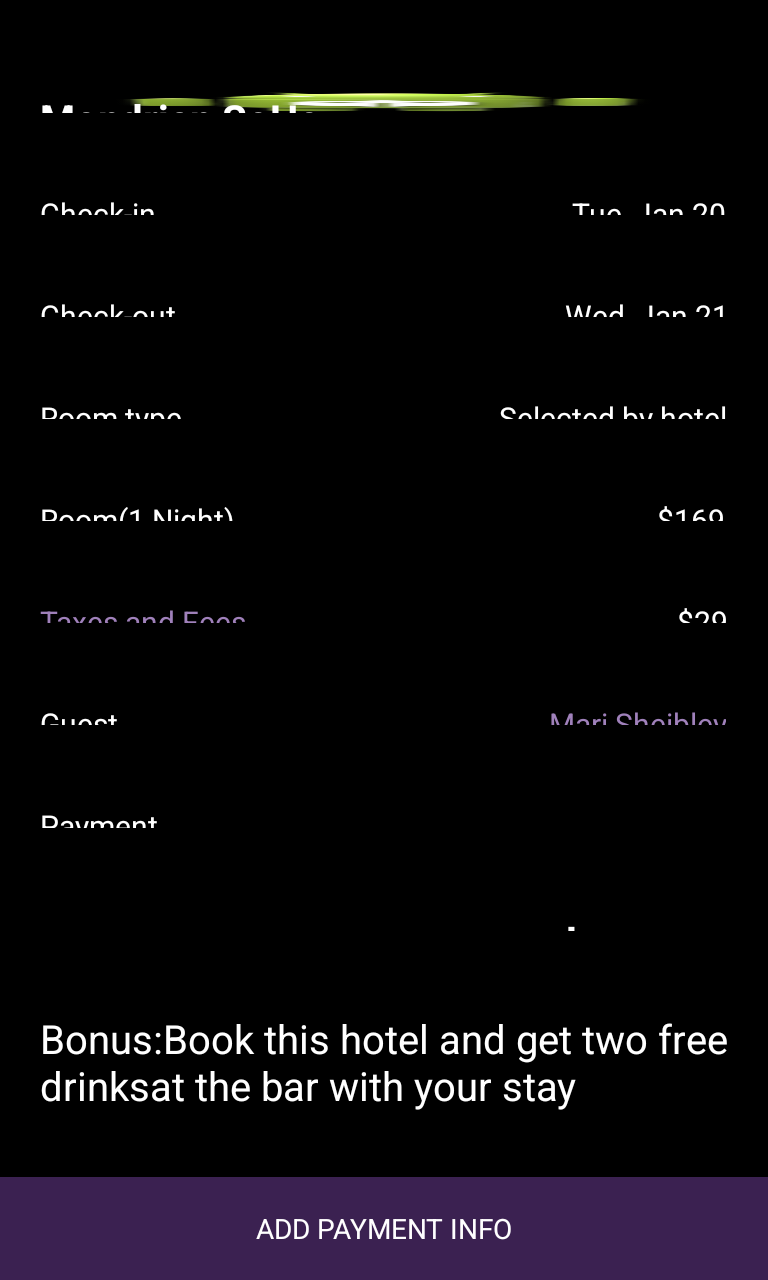
Repository: RibuRoyson/exercise
Layout: exercise8/res/layout/exercise8.xml
An editor plug-in stored every save of this project. The layout is shown before and after a run of saves, followed by the edit.
It is drawn on a 768 x 1280 px phone screen (xhdpi) without system bars, with theme AppTheme; the app's code is not run.

Above is the layout before, as saved 2015-02-16 04:43:07.

### exercise8/res/layout/exercise8.xml
<?xml version="1.0" encoding="utf-8"?>
<RelativeLayout xmlns:android="http://schemas.android.com/apk/res/android"
    android:layout_width="match_parent"
    android:layout_height="match_parent"
    android:background="#000000" >

    <LinearLayout
        android:layout_width="match_parent"
        android:layout_height="match_parent"
        android:orientation="vertical"
        android:weightSum="12.5" >

        <LinearLayout
            android:layout_width="match_parent"
            android:layout_height="0dp"
            android:orientation="horizontal"
            android:layout_weight="0.5"
            android:padding="20dp" >

            <TextView
                android:layout_width="wrap_content"
                android:layout_height="wrap_content"
                android:text="Back"
                android:textSize="25sp"
                 android:textColor="#ffffff" />

            <TextView
                android:layout_width="match_parent"
                android:layout_height="wrap_content"
                android:text="Book Now"
                android:gravity="center"
                android:textSize="25sp"
                 android:textColor="#ffffff" />
        </LinearLayout>

        <LinearLayout
            android:layout_width="match_parent"
            android:layout_height="0dp"
            android:layout_weight="1.0"
            android:orientation="horizontal"
            android:padding="20dp" >

            <TextView
                android:layout_width="match_parent"
                android:layout_height="match_parent"
                android:layout_weight="0.88"
                android:background="@drawable/ic_launcher"
                android:gravity="center|left"
                android:text="Mondrian SoHo"
                android:textColor="#ffffff"
                android:textSize="20sp"
                android:textStyle="bold" />
        </LinearLayout>

        <LinearLayout
            android:layout_width="match_parent"
            android:layout_height="0dp"
            android:orientation="horizontal"
            android:weightSum="2.0"
            android:layout_weight="1.0"
            android:padding="20dp" >

            <TextView
                android:layout_width="wrap_content"
                android:layout_height="match_parent"
                android:layout_weight="0.99"
                android:text="Check-in"
                android:textSize="15sp"
                android:gravity="center|start"
                android:textColor="#ffffff" />

            <TextView
                android:layout_width="wrap_content"
                android:layout_height="match_parent"
                android:layout_weight="1"
                android:gravity="center|end"
                  android:textSize="15sp"
                android:text="Tue, Jan 20"
                android:textColor="#ffffff" />

        </LinearLayout>

        <LinearLayout
            android:layout_width="match_parent"
            android:layout_height="0dp"
            android:orientation="horizontal"
             android:weightSum="2.0"
              android:layout_weight="1.0">

            <TextView
                android:layout_width="wrap_content"
                android:layout_height="match_parent"
                android:layout_weight="1.00"
                android:text="Check-out"
                  android:textSize="15sp"
                android:textColor="#ffffff"
                android:padding="20dp" />

            <TextView
                android:layout_width="wrap_content"
                android:layout_height="match_parent"
                android:layout_weight="1.00"
                android:padding="20dp"
                android:gravity="end"
                  android:textSize="15sp"
                android:text="Wed, Jan 21"
                android:textColor="#ffffff" />

        </LinearLayout>

        <LinearLayout
            android:layout_width="match_parent"
            android:layout_height="0dp"
            android:orientation="horizontal"
             android:weightSum="2.0"
              android:layout_weight="1.0"
              android:padding="20dp">

            <TextView
                android:layout_width="wrap_content"
                android:layout_height="match_parent"
                android:layout_weight="0.99"
                android:text="Room type"
                  android:gravity="center|start"
                     android:textSize="15sp"
                android:textColor="#ffffff" />

            <TextView
                android:layout_width="wrap_content"
                android:layout_height="match_parent"
                android:layout_weight="1"
                android:gravity="center|end"
                  android:textSize="15sp"
                android:text="Selected by hotel"
                android:textColor="#ffffff" />

        </LinearLayout>

        <LinearLayout
            android:layout_width="match_parent"
            android:layout_height="0dp"
            android:orientation="horizontal"
             android:weightSum="2.0"
              android:layout_weight="1.0"
              android:padding="20dp">

            <TextView
                android:layout_width="wrap_content"
                android:layout_height="match_parent"
                android:layout_weight="0.99"
                android:text="Room(1 Night)"
                 android:textSize="15sp"
                android:textColor="#ffffff" />

            <TextView
                android:layout_width="wrap_content"
                android:layout_height="match_parent"
                android:layout_weight="1"
                android:gravity="end"
                android:text="$169"
                android:textSize="15sp"
                android:textColor="#ffffff" />

        </LinearLayout>

        <LinearLayout
            android:layout_width="match_parent"
            android:layout_height="0dp"
            android:orientation="horizontal"
             android:weightSum="2.0"
              android:layout_weight="1.0"
              android:padding="20dp" >

            <TextView
                android:layout_width="wrap_content"
                android:layout_height="match_parent"
                android:layout_weight="1.00"
                android:text="Taxes and Fees"
                 android:textSize="15sp"
                android:textColor="#A081BB"
                />

            <TextView
                android:layout_width="wrap_content"
                android:layout_height="match_parent"
                android:layout_weight="1.00"
                android:gravity="end"
                 android:textSize="15sp"
                android:text="$29"
                android:textColor="#ffffff" />

        </LinearLayout>

        <LinearLayout
            android:layout_width="match_parent"
            android:layout_height="0dp"
            android:orientation="horizontal"
             android:weightSum="2.0"
              android:layout_weight="1.0">

            <TextView
                android:layout_width="wrap_content"
                android:layout_height="match_parent"
                android:layout_weight="0.99"
                android:text="Guest"
                android:textColor="#ffffff"
                   android:textSize="15sp"
                android:padding="20dp"/>

            <TextView
                android:layout_width="wrap_content"
                android:layout_height="match_parent"
                android:layout_weight="1"
                android:gravity="end"
                android:text="Mari Sheibley"
                  android:textSize="15sp"
                  android:padding="20dp"
                android:textColor="#A081BB" />

        </LinearLayout>

        <LinearLayout
            android:layout_width="match_parent"
            android:layout_height="0dp"
            android:orientation="horizontal"
             android:weightSum="2.0"
              android:layout_weight="1.0"
              android:padding="20dp" >

            <TextView
                android:layout_width="wrap_content"
                android:layout_height="match_parent"
                android:layout_weight="1.00"
                android:text="Payment"
                android:textSize="15sp"
                android:textColor="#ffffff" />

        </LinearLayout>

        <LinearLayout
            android:layout_width="match_parent"
            android:layout_height="0dp"
            android:orientation="horizontal"
             android:weightSum="2.0"
              android:layout_weight="1.0"
              android:padding="20dp" >

            <TextView
                android:layout_width="wrap_content"
                android:layout_height="match_parent"
                android:layout_weight="1.00"
                android:text="Total"
                android:textColor="#ffffff"
                  android:textSize="15sp"
                android:padding="20dp"/>

            <TextView
                android:layout_width="wrap_content"
                android:layout_height="match_parent"
                android:layout_weight="1"
                android:gravity="end"
                android:text="$198"

                android:textColor="#ffffff"
                android:textSize="40sp" />

        </LinearLayout>

        <LinearLayout
            android:layout_width="match_parent"
            android:layout_height="0dp"
            android:orientation="horizontal"
             android:layout_weight="2.0"
             android:padding="20dp"
            >

            <TextView
                android:layout_width="match_parent"
                android:layout_height="match_parent"
                android:text="Bonus:Book this hotel and get two free drinksat the bar with your stay"
                android:textSize="20sp"
                android:textColor="#ffffff" />

        </LinearLayout>

        <LinearLayout
            android:layout_width="match_parent"
            android:layout_height="0dp"
            android:layout_gravity="bottom"
            android:orientation="horizontal"
             android:layout_weight="1.0"
             android:background="#3B2151" >

            <TextView
                android:layout_width="match_parent"
                android:layout_height="match_parent"
                android:layout_gravity="bottom"
                android:gravity="center"
                android:text="ADD PAYMENT INFO"
                android:textColor="#ffffff" />

        </LinearLayout>
    </LinearLayout>

</RelativeLayout>

Loaded but not shown: exercise8/res/values/styles.xml (common file); exercise8/res/values-v11/styles.xml (common file); exercise8/res/values-v14/styles.xml (common file)

After the next 2 saves:
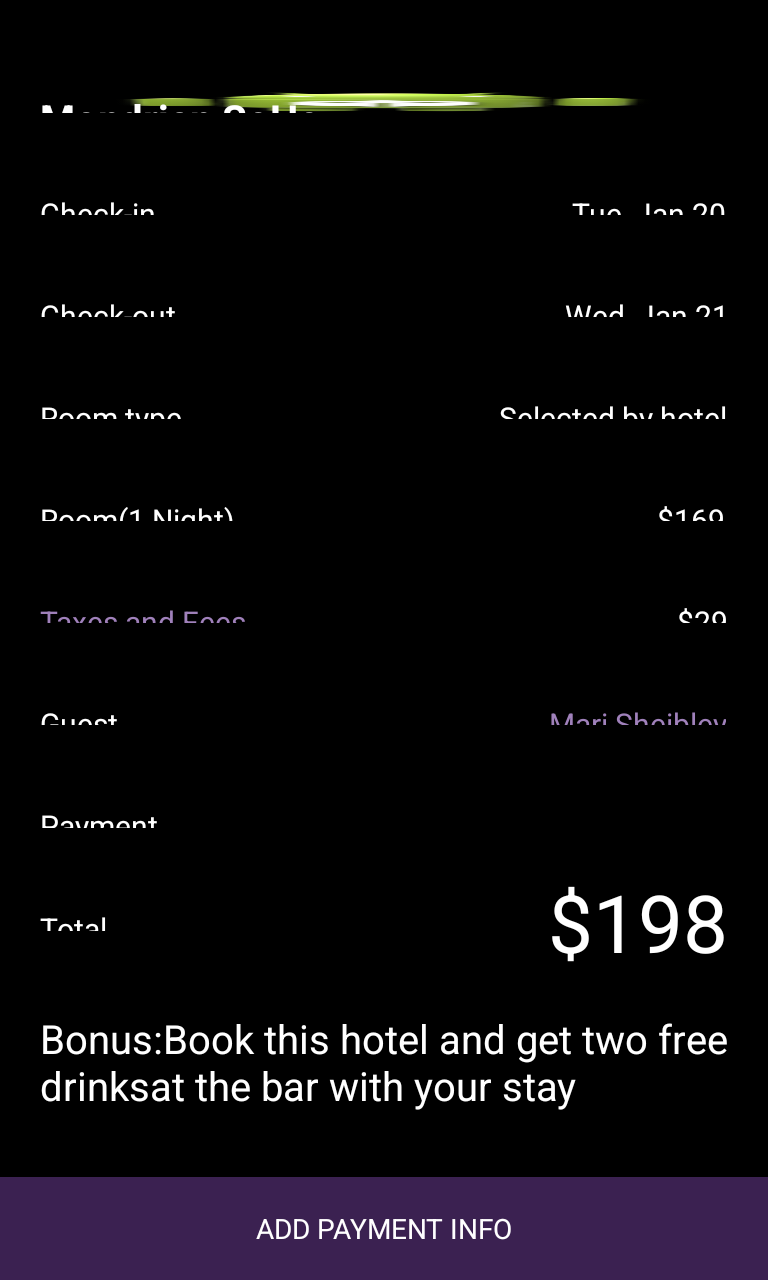
The 2 saves are shown as one change because 1 did not build or start.
The last was saved 29 s later.
--- a/exercise8/res/layout/exercise8.xml
+++ b/exercise8/res/layout/exercise8.xml
@@ -243,7 +243,7 @@
             android:orientation="horizontal"
              android:weightSum="2.0"
               android:layout_weight="1.0"
-              android:padding="20dp" >
+              android:paddingRight="20dp" >
 
             <TextView
                 android:layout_width="wrap_content"
